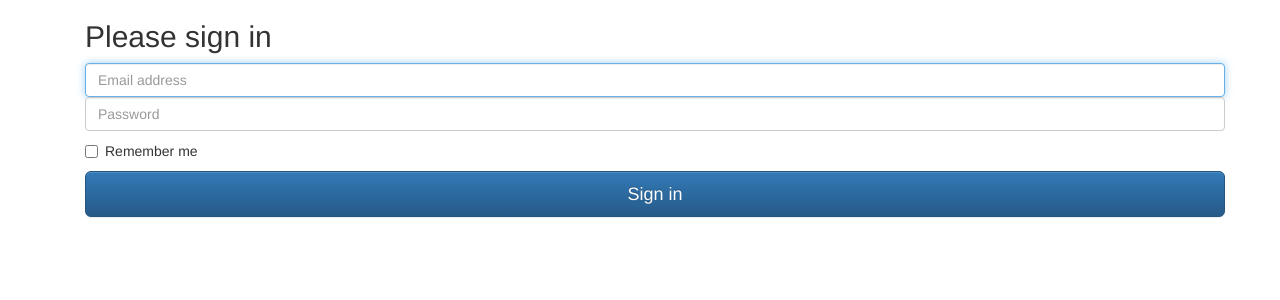
Repository: hrhwbp/Acorn-Final-Project
Page: http://localhost/final_project/index.jsp
These files come from the project's save history. The page is drawn as it stood at one moment and after the next save; the edit follows.
The browser window is 1280 px wide. The pictures show the whole page.
Some web libraries are served in a nearby version. The page is served by Tomcat 9. Other server files are loaded and not shown.

Above is the page before, as saved 2016-10-25 08:00:21.

### final_project/src/main/webapp/index.jsp
<%@ page language="java" contentType="text/html; charset=UTF-8"
	pageEncoding="UTF-8"%>
<!DOCTYPE html">
<html>
<head>
<meta http-equiv="Content-Type" content="text/html; charset=UTF-8">
<title>Insert title here</title>
<!-- 합쳐지고 최소화된 최신 CSS -->
<link rel="stylesheet"
	href="https://maxcdn.bootstrapcdn.com/bootstrap/3.3.2/css/bootstrap.min.css">
<!-- 부가적인 테마 -->
<link rel="stylesheet"
	href="https://maxcdn.bootstrapcdn.com/bootstrap/3.3.2/css/bootstrap-theme.min.css">
<!-- 합쳐지고 최소화된 최신 자바스크립트 -->
<script
	src="https://ajax.googleapis.com/ajax/libs/jquery/3.1.1/jquery.min.js"></script>
<script
	src="https://maxcdn.bootstrapcdn.com/bootstrap/3.3.2/js/bootstrap.min.js"></script>
<script src="https://oss.maxcdn.com/html5shiv/3.7.2/html5shiv.min.js"></script>
<script src="https://oss.maxcdn.com/respond/1.4.2/respond.min.js"></script>
</head>
<body>
<div class="container">
	<div class="container">

	</div>
	<div class="container">

		<form class="form-signin">
			<h2 class="form-signin-heading">Please sign in</h2>
			<label for="inputEmail" class="sr-only">Email address</label> <input
				type="email" id="inputEmail" class="form-control"
				placeholder="Email address" required autofocus> <label
				for="inputPassword" class="sr-only">Password</label> <input
				type="password" id="inputPassword" class="form-control"
				placeholder="Password" required>
			<div class="checkbox">
				<label> <input type="checkbox" value="remember-me">
					Remember me
				</label>
			</div>
			<button class="btn btn-lg btn-primary btn-block" type="submit">Sign
				in</button>
		</form>

	</div>
</div>
</body>
</html>

After the next save:
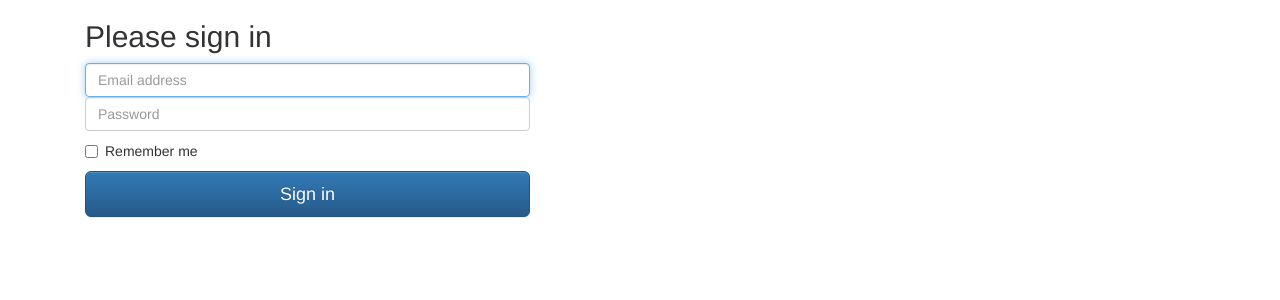
Saved 39 s later.
--- a/final_project/src/main/webapp/index.jsp
+++ b/final_project/src/main/webapp/index.jsp
@@ -24,8 +24,7 @@
 	<div class="container">
 
 	</div>
-	<div class="container">
-
+	<div class="container col-md-5">
 		<form class="form-signin">
 			<h2 class="form-signin-heading">Please sign in</h2>
 			<label for="inputEmail" class="sr-only">Email address</label> <input
